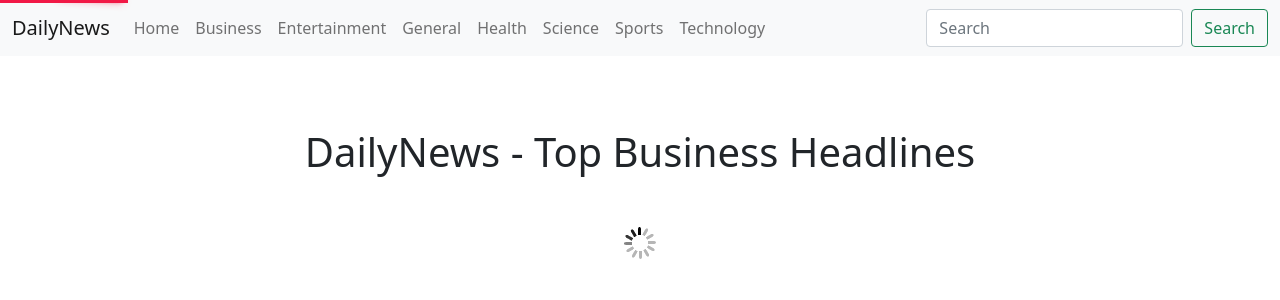
Repository: Bikki084/Daily_News
Page: /business
These files come from the project's save history. The page is drawn as it stood at one moment and after the next save; the edit follows.
The browser window is 1280 px wide. The pictures show the whole page.
The page's requests for data from a server got no answer. The project was rebuilt for these pictures with package versions that can differ from the ones it lists, and the page was loaded fresh each time. No one was signed in, and anything a server would have sent is missing. Also part of the build but not shown: src/App.css, src/components/NewsItem.js.

Above is the page before, as saved 2021-12-22 23:33:09.

After the next save:
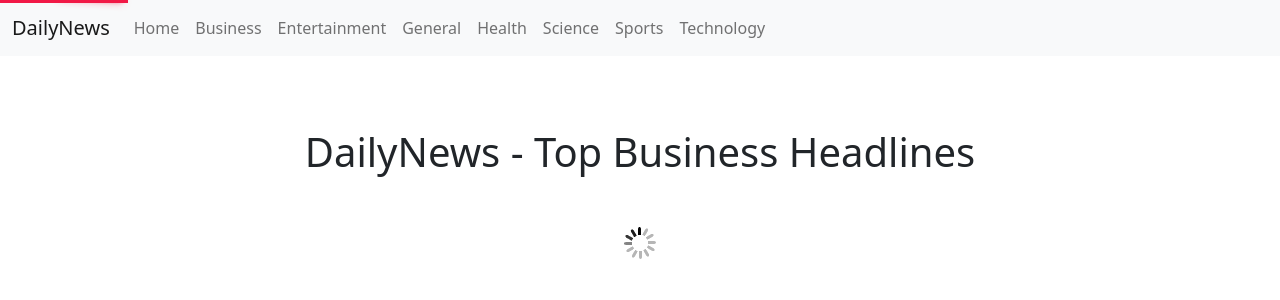
Saved 4 min 22 s later.
--- a/src/components/NavBar.js
+++ b/src/components/NavBar.js
@@ -25,7 +25,7 @@ const NavBar = () => {
                             <li className="nav-item"><Link className="nav-link" to="/sports">Sports</Link></li>
                             <li className="nav-item"><Link className="nav-link" to="/technology">Technology</Link></li>
                         </ul>
-                        <SearchForm/>
+                        {/* <SearchForm/> */}
                     </div>
                 </div>
             </nav>
